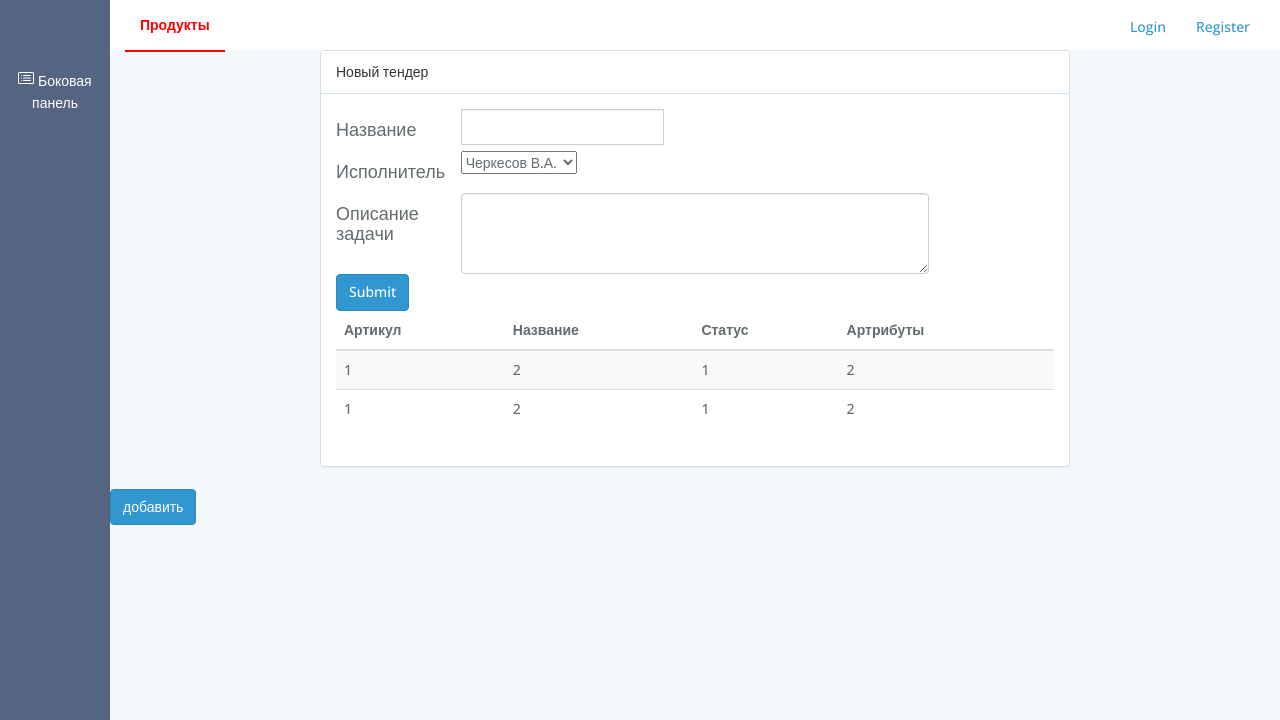
Repository: blackjack043/laravel-crud
Page: http://localhost/page2
An editor plug-in stored every save of this project. The page is shown before and after the next save, followed by the edit.
The browser window is 1280 px wide. The pictures show the whole page.
Some web fonts or font styles are not loaded; a fallback is used. The page is served by the project's Laravel application, run on PHP 8.4 with Laravel 8.

Above is the page before, as saved 2022-03-07 15:52:20.

After the next save:
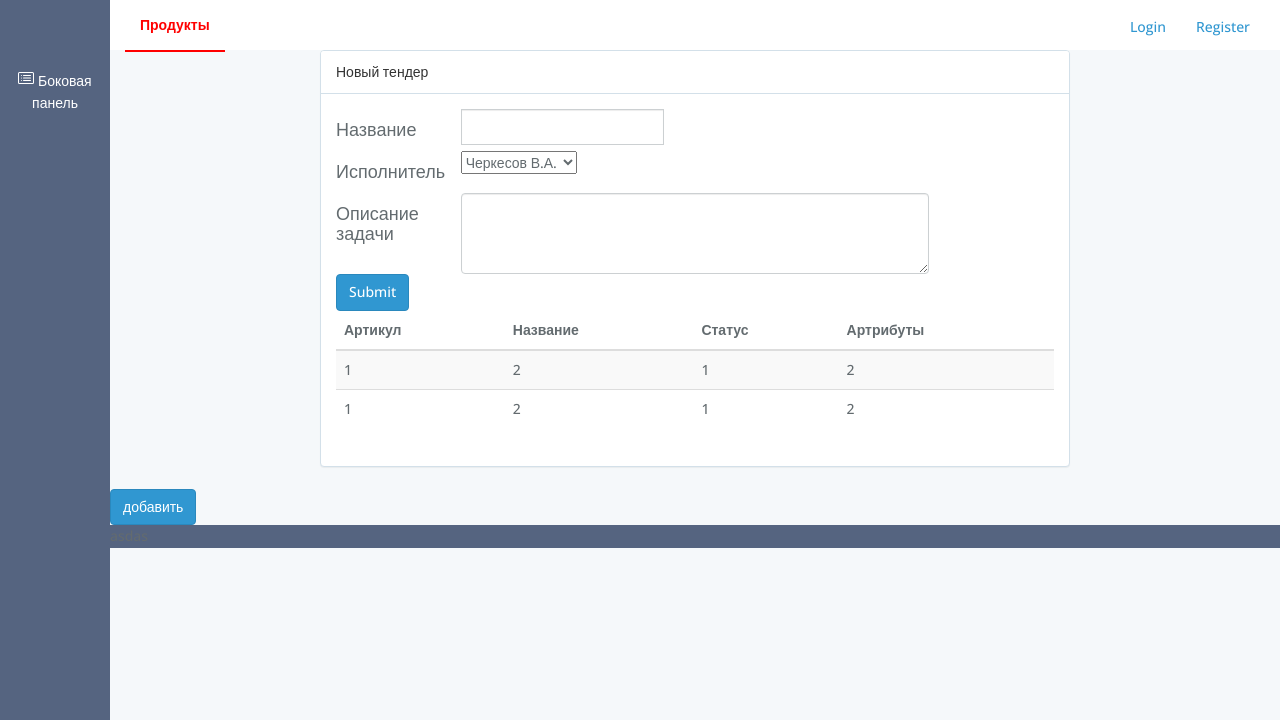
Saved 7 s later.
--- a/resources/views/page2.blade.php
+++ b/resources/views/page2.blade.php
@@ -89,7 +89,7 @@
 <div>
 
 <button class="btn btn-primary">добавить</button>
-<div style="background-color: #556480;"></div>
+<div style="background-color: #556480;">asdas</div>
 
 </div>
 @endsection
